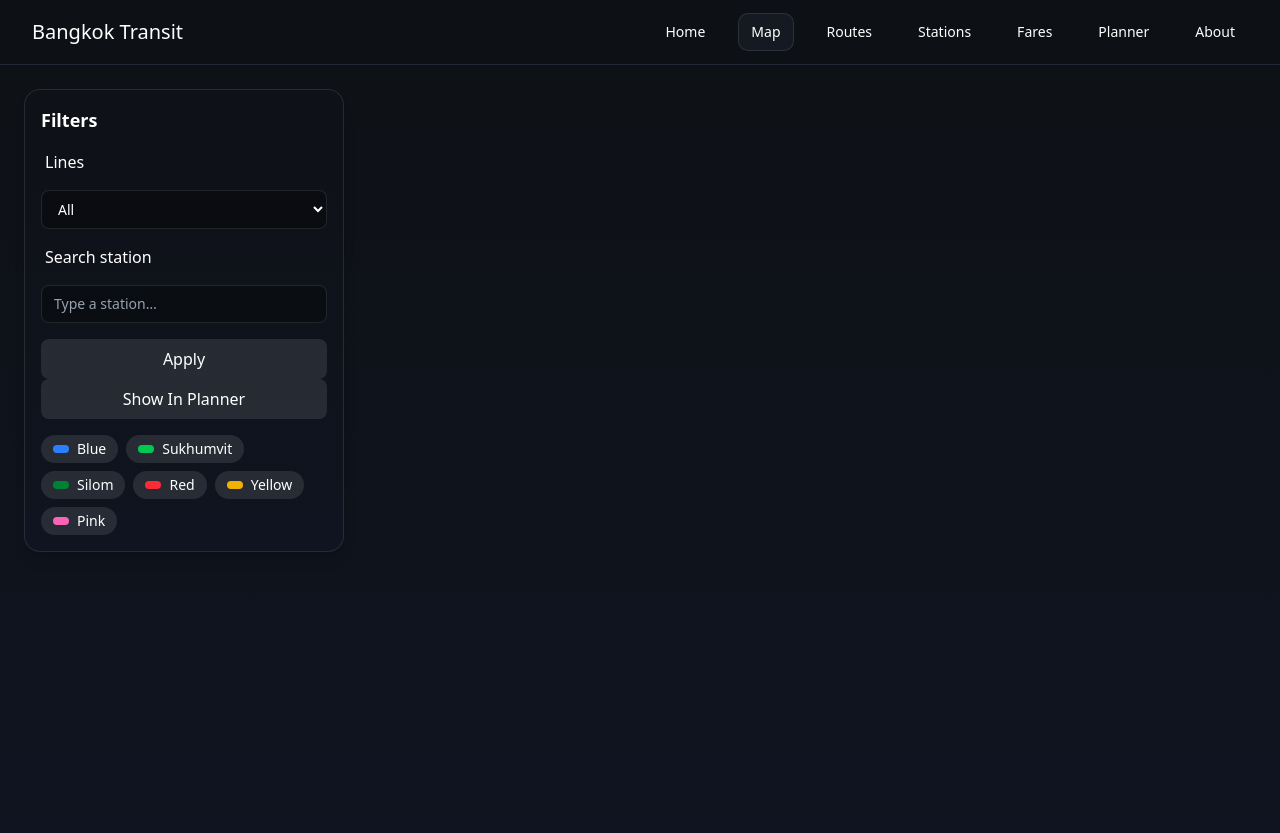
Repository: pyaestk/Bangkok-transit-map
Page: /map
An editor plug-in stored every save of this project. The page is shown before and after a run of saves, followed by the edit.
The browser window is 1280 px wide. The pictures show the whole page.
The project was rebuilt for these pictures with package versions that can differ from the ones it lists, and the page was loaded fresh each time. Also part of the build but not shown: vite.config.ts, src/pages/Home.tsx, src/pages/Planner.tsx, src/pages/Stations.tsx, src/pages/TrainRoutes.tsx, src/pages/Fares.tsx, src/pages/About.tsx.

Above is the page before, as saved 2025-10-04 10:09:53.

### index.html
<!doctype html>
<html lang="en">
  <head>
    <meta charset="UTF-8" />
    <link rel="icon" type="image/svg+xml" href="/vite.svg" />
    <meta name="viewport" content="width=device-width, initial-scale=1.0" />
    <title>bangkok-transit-map</title>
  </head>
  <body>
    <div id="root"></div>
    <script type="module" src="/src/main.tsx"></script>
  </body>
</html>

### src/main.tsx
import { StrictMode } from 'react'
import { createRoot } from 'react-dom/client'
import './index.css'
import App from './App.tsx'
import { BrowserRouter as Router } from 'react-router'

createRoot(document.getElementById('root')!).render(
  <StrictMode>
    <Router>
      <App />
    </Router>
  </StrictMode>,
)

### src/App.tsx
import "./App.css";
import NavBar from "./component/NavBar";
import { Routes, Route } from "react-router-dom";
import Home from "./pages/Home";
import Map from "./pages/Map";
import Planner from "./pages/Planner";
import Stations from "./pages/Stations";
import TrainRoutes from "./pages/TrainRoutes";
import Fares from "./pages/Fares";
import About from "./pages/About";


function App() {
  return (
    <div className="min-h-screen flex flex-col">
      {/* Navbar at the top */}
      <NavBar />

      {/* Main content area */}
      <main className="flex-1 p-6 bg-[linear-gradient(180deg,rgba(14,17,22,1)_0%,rgba(15,20,32,1)_100%)]">
        <Routes>
          <Route
            path="/"
            element={ <Home/> }
          />
          <Route
            path="/map"
            element={ <Map/> }
          />
          <Route
            path="/planner"
            element={ <Planner/>}
          />
          <Route
            path="/routes"
            element={<TrainRoutes/>}
          />
          <Route
            path="/stations"
            element={<Stations/>}
          />
          <Route
            path="/fares"
            element={<Fares/>}
          />
          <Route
            path="/about"
            element={<About/>}
          />
        </Routes>
      </main>
    </div>
  );
}

export default App;

### src/App.css
@import "tailwindcss";

:root {
  background: linear-gradient(180deg, rgba(14,17,22,1) 0%, rgba(15,20,32,1) 100%);
}

### src/component/NavBar.tsx
import { NavLink } from "react-router-dom";
import { useState } from "react";

function NavBar() {
  const [open, setOpen] = useState(false);

  const baseClasses =
    "px-3 py-2 text-sm border border-transparent block text-center";
  const inactiveClasses = "text-white transition-colors";
  const activeClasses = "bg-[#151922] border rounded-[10px] text-white border-white/10";

  const links = [
    { to: "/", label: "Home" },
    { to: "/map", label: "Map" },
    { to: "/routes", label: "Routes" },
    { to: "/stations", label: "Stations" },
    { to: "/fares", label: "Fares" },
    { to: "/planner", label: "Planner" },
    { to: "/about", label: "About" },
  ];

  return (
    <nav className="sticky top-0 z-50 bg-[#0e1116cc] border-b border-[#232838] backdrop-blur-[5px] backdrop-brightness-[100%] [-webkit-backdrop-filter:blur(5px)_brightness(100%)]">
      <div className="max-w-7xl mx-auto px-4 sm:px-6 lg:px-8">
        <div className="flex items-center justify-between h-16">
          {/* Left side (Logo / Brand) */}
          <div className="flex-shrink-0 text-white text-xl">
            Bangkok Transit
          </div>

          {/* Desktop links */}
          <div className="hidden md:flex space-x-5">
            {links.map((l) => (
              <NavLink
                key={l.to}
                to={l.to}
                className={({ isActive }) =>
                  `${baseClasses} ${isActive ? activeClasses : inactiveClasses}`
                }
              >
                {l.label}
              </NavLink>
            ))}
          </div>

          {/* Mobile hamburger button */}
          <div className="md:hidden">
            <button
              aria-label="Toggle menu"
              onClick={() => setOpen((s) => !s)}
              className="inline-flex items-center justify-center p-2 rounded-md text-white hover:bg-white/5 focus:outline-none focus:ring-2 focus:ring-white"
            >
              <span className="sr-only">Open main menu</span>
              {/* Hamburger / X icon */}
              <svg
                className={`h-6 w-6 ${open ? "hidden" : "block"}`}
                xmlns="http://www.w3.org/2000/svg"
                fill="none"
                viewBox="0 0 24 24"
                strokeWidth={2}
                stroke="currentColor"
                aria-hidden="true"
              >
                <path
                  strokeLinecap="round"
                  strokeLinejoin="round"
                  d="M3 6h18M3 12h18M3 18h18"
                />
              </svg>
              <svg
                className={`h-6 w-6 ${open ? "block" : "hidden"}`}
                xmlns="http://www.w3.org/2000/svg"
                fill="none"
                viewBox="0 0 24 24"
                strokeWidth={2}
                stroke="currentColor"
                aria-hidden="true"
              >
                <path
                  strokeLinecap="round"
                  strokeLinejoin="round"
                  d="M6 18L18 6M6 6l12 12"
                />
              </svg>
            </button>
          </div>
        </div>
      </div>

      {/* Mobile menu, shown when open is true */}
      <div className={`md:hidden ${open ? "block" : "hidden"} `}>
        <div className="px-2 pt-2 pb-3 space-y-1">
          {links.map((l) => (
            <NavLink
              key={l.to}
              to={l.to}
              onClick={() => setOpen(false)}
              className={({ isActive }) =>
                `${baseClasses} ${isActive ? activeClasses : inactiveClasses}`
              }
            >
              {l.label}
            </NavLink>
          ))}
        </div>
      </div>
    </nav>
  );
}

export default NavBar;

### src/pages/Map.tsx
import FiltersCard from "../component/FiltersCard";

export default function Map() {
  return (
    <div className="min-h-screen">
      <FiltersCard/>
    </div>
  )
}

### src/component/FiltersCard.tsx
export default function FiltersCard() {
  return (
    <div className="p-4 rounded-2xl bg-[linear-gradient(180deg,rgba(14,17,22,1)_0%,rgba(15,20,32,1)_100%)] border border-white/10 shadow-lg w-80 text-white">
      <h2 className="text-lg font-bold mb-4">Filters</h2>

      {/* Lines */}
      <label className="block my-4 mx-1">Lines</label>
      <select className="w-full px-3 py-2 rounded-lg bg-black/30 border border-white/10 focus:outline-none text-sm">
        <option>All</option>
        <option>Blue</option>
        <option>Red</option>
        <option>Yellow</option>
      </select>

      {/* Search station */}
      <label className="block my-4 mx-1">Search station</label>
      <input
        type="text"
        placeholder="Type a station…"
        className="w-full text-sm px-3 py-2 pr-8 rounded-lg bg-black/30 border border-white/10 placeholder-gray-400 focus:outline-none"
      />

      {/* Buttons */}
      <div className="flex flex-col mt-4">
        <button className="px-4 py-2 rounded-lg bg-white/10 hover:bg-white/20">Apply</button>
        <button className="px-4 py-2 rounded-lg bg-white/10 hover:bg-white/20">Show In Planner</button>
      </div>

      {/* Line Pills */}
      <div className="flex flex-wrap gap-2 mt-4 text-sm">
        <span className="flex items-center px-3 py-1 rounded-full bg-white/10">
          <span className="w-4 h-2 rounded-full bg-blue-500 mr-2"></span>
          Blue
        </span>
        <span className="flex items-center px-3 py-1 rounded-full bg-white/10">
          <span className="w-4 h-2 rounded-full bg-green-500 mr-2"></span>
          Sukhumvit
        </span>
        <span className="flex items-center px-3 py-1 rounded-full bg-white/10">
          <span className="w-4 h-2 rounded-full bg-green-700 mr-2"></span>
          Silom
        </span>
        <span className="flex items-center px-3 py-1 rounded-full bg-white/10">
            <span className="w-4 h-2 rounded-full bg-red-500 mr-2"></span> Red
        </span>
        <span className="flex items-center px-3 py-1 rounded-full bg-white/10">
            <span className="w-4 h-2 rounded-full bg-yellow-500 mr-2"></span> Yellow
        </span>
        <span className="flex items-center px-3 py-1 rounded-full bg-white/10">
            <span className="w-4 h-2 rounded-full bg-pink-400 mr-2"></span> Pink
        </span>
      </div>
    </div>
  )
}

Loaded but not shown: src/index.css (common file)

After the next 2 saves:
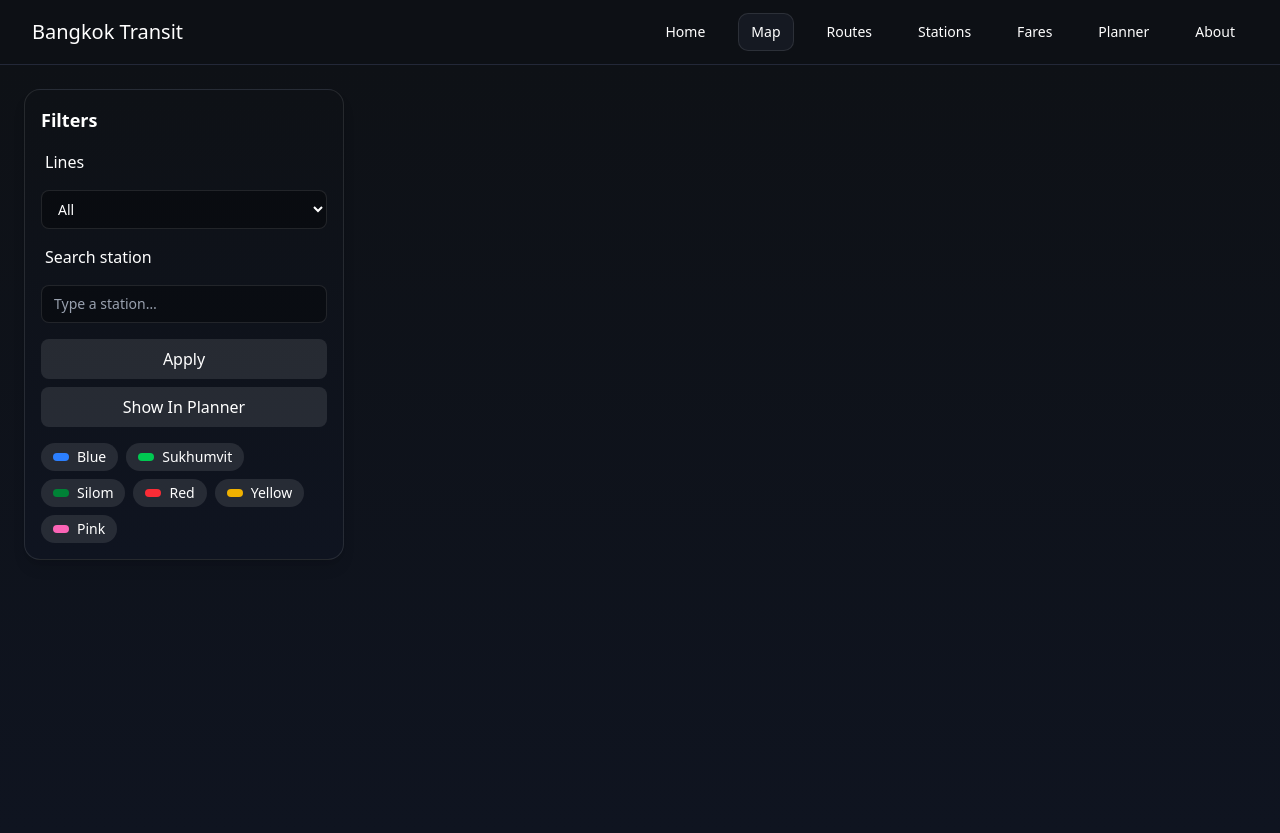
The 2 saves are shown as one change because they came seconds apart.
The last was saved 9 s later.
--- a/src/component/FiltersCard.tsx
+++ b/src/component/FiltersCard.tsx
@@ -21,7 +21,7 @@ export default function FiltersCard() {
       />
 
       {/* Buttons */}
-      <div className="flex flex-col mt-4">
+      <div className="flex flex-col space-y-2 mt-4">
         <button className="px-4 py-2 rounded-lg bg-white/10 hover:bg-white/20">Apply</button>
         <button className="px-4 py-2 rounded-lg bg-white/10 hover:bg-white/20">Show In Planner</button>
       </div>
